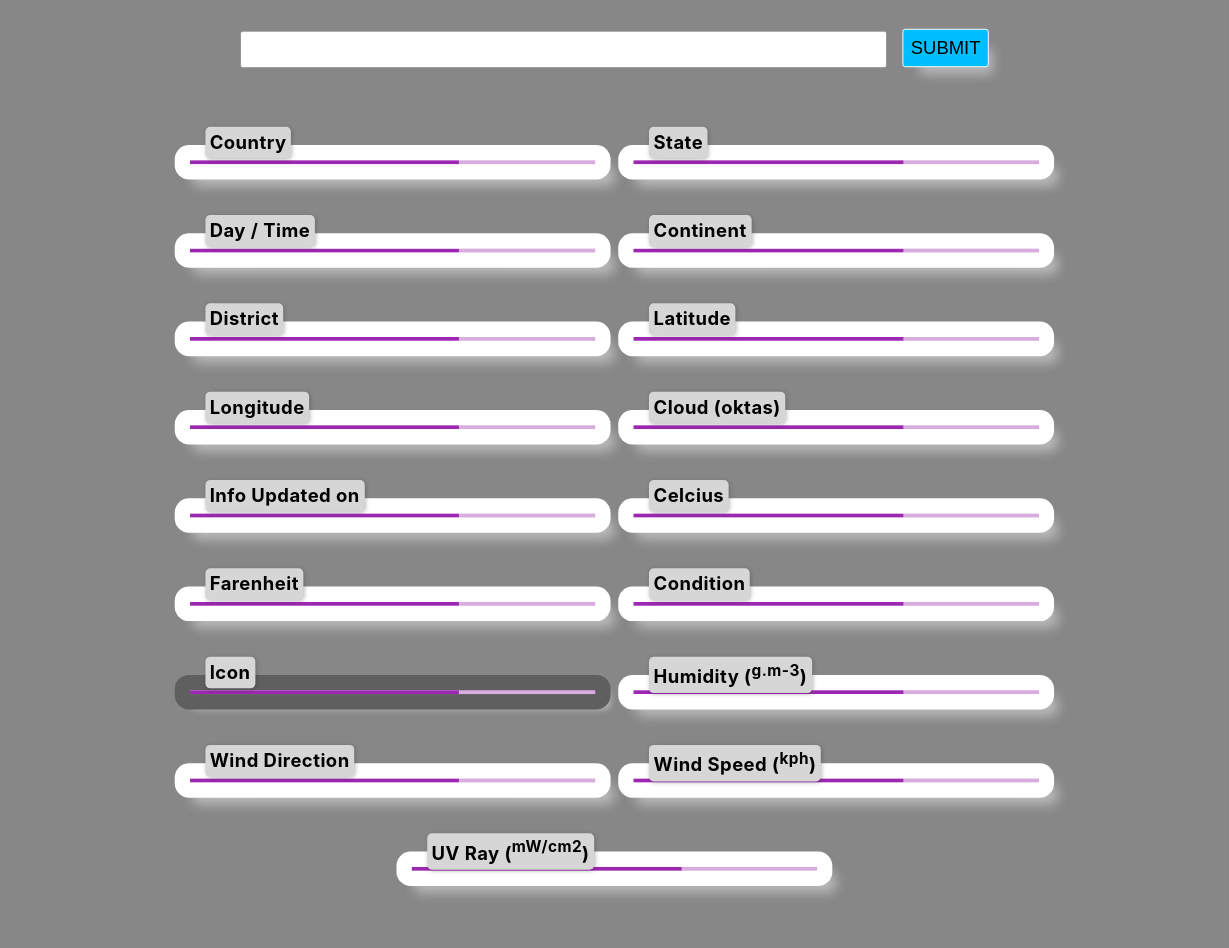
Repository: Imprasna/practising-API
Page: /
An editor plug-in stored every save of this project. The page is shown before and after the next save, followed by the edit.
The browser window is 1280 px wide. The pictures show the whole page, at 96% of full size.
The project was rebuilt for these pictures with package versions that can differ from the ones it lists, and the page was loaded fresh each time. Also part of the build but not shown: src/component/Country.js, src/component/Region.js, src/component/Time.js, src/component/Continent.js, src/component/District.js, src/component/Cloud.js, src/component/UpdatedWeather.js, src/component/Celcius.js and 9 more.

Above is the page before, as saved 2021-11-12 00:06:39.

### src/App.js
import './App.css';
import Get from './Get'

function App() {
  return (
    <div className="App">
      <Get />
    </div>
  );
}

export default App;

### src/Get.js
import React, { useState } from "react";
import axios from "axios";
// import moment from 'moment';
import Country from "./component/Country";
import Region from "./component/Region";
import Time from "./component/Time";
import Continent from "./component/Continent";
import District from "./component/District";
import Cloud from "./component/Cloud";
import UpdatedWeather from "./component/UpdatedWeather";
import Celcius from "./component/Celcius";
import Farenheit from "./component/Farenheit";
import Latitude from "./component/Latitude";
import Longitude from "./component/Longitude";
import Condition from "./component/Condition";
import Icon from "./component/Icon";
import Humidity from "./component/Humidity";
import WindDirection from "./component/WindDirection";
import WindSpeed from "./component/WindSpeed";
import Uv from "./component/Uv";
import "./component/style.css";
// import CircularProgress from '@mui/material/CircularProgress';
import LinearProgress from '@mui/material/LinearProgress';



const Get = () => {
	const [getPost, setGetPost] = useState([]);
	const [loading, setLoading] = useState(false);
	const [values, setValues] = useState({ cities: "" });

	React.useEffect =
		(() => {
			getData();

			const CName = () => {
				setGetPost(getPost);
			};
			CName();
		},
		[]);

		const getData = async () =>
		{
			const city = values.cities;
			try {
				const res = await axios.get(
					`http://api.weatherapi.com/v1/current.json?key=b572a200fc624a6a85671436211310&q=${city}&aqi=yes`
					);
				setTimeout(function ()
				{
					// console.log(res.data.current);
					// console.log(res.data.location);
					// setGetPost(res.data);
					(setGetPost(res.data))
					setLoading(true);
				}, 3000);

			console.log(getPost);
			// console.log(res.data.current);
			// setGetPost({res});
		} catch (err) {
			console.log(err);
		}
	};
	console.log(getPost);

	const onChangeHandler = (e) => {
		const name = e.target.name;
		const value = e.target.value;

		// here values is the state name
		let inputValues = values;
		inputValues[name] = value;
		setValues({ ...inputValues });
		setLoading(false);
	};

	return (
		<>
			<input
				className="search-box"
				type="text"
				value={values.cities}
				name="cities"
				onChange={(e) => onChangeHandler(e)}
			/>
			<button className="button" onClick={getData}>
				Submit
			</button>

			<div className="whole">
				<div className="Country">
					{loading ? (<Country CName={getPost} />) : (<LinearProgress  color="secondary"  />)}
					<h1>Country</h1>
				</div>

				<div className="region">
				{loading ? (<Region CName={getPost} />) : (<LinearProgress  color="secondary"  />) }
					<h1>State</h1>

				</div>

				<div className="time">
				{loading ? (<Time CName={getPost} />) : (<LinearProgress  color="secondary"  />) }
					<h1>Day / Time</h1>

				</div>

				<div className="continent">
				{loading ? (<Continent CName={getPost} />) : (<LinearProgress  color="secondary"  />) }
					<h1>Continent</h1>

				</div>

				<div className="district">
				{loading ? (<District CName={getPost} />) : (<LinearProgress  color="secondary"  />) }
					<h1>District</h1>

				</div>

				<div className="lat">
				{loading ? (<Latitude CName={getPost} />) : (<LinearProgress  color="secondary"  />) }
					<h1>Latitude</h1>

				</div>

				<div className="lon">
				{loading ? (<Longitude CName={getPost} />) : (<LinearProgress  color="secondary"  />) }
					<h1>Longitude</h1>

				</div>

				<div className="cloud">
				{loading ? (<Cloud CName={getPost} />) : (<LinearProgress  color="secondary"  />) }
					<h1>Cloud (oktas)</h1>

				</div>

				<div className="upt">
				{loading ? (<UpdatedWeather CName={getPost} />) : (<LinearProgress  color="secondary"  />) }
					<h1>Info Updated on</h1>

				</div>

				<div className="cel">
				{loading ? (<Celcius CName={getPost} />) : (<LinearProgress  color="secondary"  />) }
					<h1>Celcius</h1>

				</div>

				<div className="far">
				{loading ? (<Farenheit CName={getPost} />) : (<LinearProgress  color="secondary"  />) }
					<h1>Farenheit</h1>

				</div>

				<div className="cond">
				{loading ? (<Condition CName={getPost} />) : (<LinearProgress  color="secondary"  />) }
					<h1>Condition</h1>

				</div>

				<div className="icon">
				{loading ? (<Icon CName={getPost} />) : (<LinearProgress  color="secondary"  />) }
					<h1>Icon</h1>

				</div>

				<div className="hum">
				{loading ? (<Humidity CName={getPost} />) : (<LinearProgress  color="secondary"  />) }
					<h1>
						Humidity (<sup>g.m-3</sup>)
					</h1>

				</div>


				<div className="wd">
				{loading ? (<WindDirection CName={getPost} />) : (<LinearProgress  color="secondary"  />) }
					<h1>Wind Direction</h1>

				</div>

				<div className="ws">
				{loading ? (<WindSpeed CName={getPost} />) : (<LinearProgress  color="secondary"  />) }
					<h1>
						Wind Speed (<sup>kph</sup>)
					</h1>

				</div>

				<div className="uv">
				{loading ? (<Uv CName={getPost} />) : (<LinearProgress  color="secondary"  />) }
					<h1>
						UV Ray (<sup>mW/cm2</sup>)
					</h1>

				</div>
			</div>
		</>
	);
};

export default Get;

### src/component/style.css
body {
    background: #878787;
}

.whole {
    width: 100%;
    height: 100%;
    display: flex;
    justify-content: center;
    align-items: center;
    flex-wrap: wrap;
    gap: .5rem;
    margin-bottom: 4rem;
}

.search-box {
    width: 50%;
    padding: .5rem 1rem;
    border-radius: 3px;
    border: 1px solid #929292;
    outline: none;
    font-size: 1rem;
    line-height: 1.3em;
    margin: 0 auto;
    margin-bottom: 2rem;
    margin-top: 2rem;
    margin-right: 1rem;
    text-transform: uppercase;
}

.button {
    padding: .5rem;
    outline: none;
    border: 1px solid #fff;
    box-shadow: 11px 14px 12px -7px rgba(204,204,204,0.75);
    cursor: pointer;
    font-size: 1.2rem;
    text-transform: uppercase;
    border-radius: 3px;
    background: deepskyblue;
}

.Country {
    width: 33%;
    color: #000;
    padding: 1rem;
    border-radius: 15px;
    background-color: #fff;
    box-shadow: 11px 14px 12px -7px rgba(204,204,204,0.75);
    position: relative;
    font-size: 1.1rem;
    font-weight: 600;
    letter-spacing: .5px;
    margin-top: 3rem;
}

.Country > h1 {
    position: absolute;
    top: -2rem;
    left: 2rem;
    padding: .3rem;
    background-color: #d6d6d6;
    border-radius: 5px;
    font-size: 1.2rem;
    filter: drop-shadow(1px 1px 2px rgba(44, 44, 44, 0.342));
    color: #000;
}

.region {
    width: 33%;
    color: #000;
    padding: 1rem;
    border-radius: 15px;
    background-color: #fff;
    box-shadow: 11px 14px 12px -7px rgba(204,204,204,0.75);
    position: relative;
    font-size: 1.1rem;
    font-weight: 600;
    letter-spacing: .5px;
    margin-top: 3rem;
}

.region > h1 {
    position: absolute;
    top: -2rem;
    left: 2rem;
    padding: .3rem;
    background-color: #d6d6d6;
    border-radius: 5px;
    font-size: 1.2rem;
    filter: drop-shadow(1px 1px 2px rgba(44, 44, 44, 0.342));
    color: #000;
}

.time {
    width: 33%;
    color: #000;
    padding: 1rem;
    border-radius: 15px;
    background-color: #fff;
    box-shadow: 11px 14px 12px -7px rgba(204,204,204,0.75);
    position: relative;
    font-size: 1.1rem;
    font-weight: 600;
    letter-spacing: .5px;
    margin-top: 3rem;
}

.time > h1 {
    position: absolute;
    top: -2rem;
    left: 2rem;
    padding: .3rem;
    background-color: #d6d6d6;
    border-radius: 5px;
    font-size: 1.2rem;
    filter: drop-shadow(1px 1px 2px rgba(44, 44, 44, 0.342));
    color: #000;
}

.continent {
    width: 33%;
    color: #000;
    padding: 1rem;
    border-radius: 15px;
    background-color: #fff;
    box-shadow: 11px 14px 12px -7px rgba(204,204,204,0.75);
    position: relative;
    font-size: 1.1rem;
    font-weight: 600;
    letter-spacing: .5px;
    margin-top: 3rem;
}

.continent > h1 {
    position: absolute;
    top: -2rem;
    left: 2rem;
    padding: .3rem;
    background-color: #d6d6d6;
    border-radius: 5px;
    font-size: 1.2rem;
    filter: drop-shadow(1px 1px 2px rgba(44, 44, 44, 0.342));
    color: #000;
}

.district {
    width: 33%;
    color: #000;
    padding: 1rem;
    border-radius: 15px;
    background-color: #fff;
    box-shadow: 11px 14px 12px -7px rgba(204,204,204,0.75);
    position: relative;
    font-size: 1.1rem;
    font-weight: 600;
    letter-spacing: .5px;
    margin-top: 3rem;
}

.district > h1 {
    position: absolute;
    top: -2rem;
    left: 2rem;
    padding: .3rem;
    background-color: #d6d6d6;
    border-radius: 5px;
    font-size: 1.2rem;
    filter: drop-shadow(1px 1px 2px rgba(44, 44, 44, 0.342));
    color: #000;
}

.lat {
    width: 33%;
    color: #000;
    padding: 1rem;
    border-radius: 15px;
    background-color: #fff;
    box-shadow: 11px 14px 12px -7px rgba(204,204,204,0.75);
    position: relative;
    font-size: 1.1rem;
    font-weight: 600;
    letter-spacing: .5px;
    margin-top: 3rem;
}

.lat > h1 {
    position: absolute;
    top: -2rem;
    left: 2rem;
    padding: .3rem;
    background-color: #d6d6d6;
    border-radius: 5px;
    font-size: 1.2rem;
    filter: drop-shadow(1px 1px 2px rgba(44, 44, 44, 0.342));
    color: #000;
}

.lon {
    width: 33%;
    color: #000;
    padding: 1rem;
    border-radius: 15px;
    background-color: #fff;
    box-shadow: 11px 14px 12px -7px rgba(204,204,204,0.75);
    position: relative;
    font-size: 1.1rem;
    font-weight: 600;
    letter-spacing: .5px;
    margin-top: 3rem;
}

.lon > h1 {
    position: absolute;
    top: -2rem;
    left: 2rem;
    padding: .3rem;
    background-color: #d6d6d6;
    border-radius: 5px;
    font-size: 1.2rem;
    filter: drop-shadow(1px 1px 2px rgba(44, 44, 44, 0.342));
    color: #000;
}

.cloud {
    width: 33%;
    color: #000;
    padding: 1rem;
    border-radius: 15px;
    background-color: #fff;
    box-shadow: 11px 14px 12px -7px rgba(204,204,204,0.75);
    position: relative;
    font-size: 1.1rem;
    font-weight: 600;
    letter-spacing: .5px;
    margin-top: 3rem;
}

.cloud > h1 {
    position: absolute;
    top: -2rem;
    left: 2rem;
    padding: .3rem;
    background-color: #d6d6d6;
    border-radius: 5px;
    font-size: 1.2rem;
    filter: drop-shadow(1px 1px 2px rgba(44, 44, 44, 0.342));
    color: #000;
}

.upt {
    width: 33%;
    color: #000;
    padding: 1rem;
    border-radius: 15px;
    background-color: #fff;
    box-shadow: 11px 14px 12px -7px rgba(204,204,204,0.75);
    position: relative;
    font-size: 1.1rem;
    font-weight: 600;
    letter-spacing: .5px;
    margin-top: 3rem;
}

.upt > h1 {
    position: absolute;
    top: -2rem;
    left: 2rem;
    padding: .3rem;
    background-color: #d6d6d6;
    border-radius: 5px;
    font-size: 1.2rem;
    filter: drop-shadow(1px 1px 2px rgba(44, 44, 44, 0.342));
    color: #000;
}

.cel {
    width: 33%;
    color: #000;
    padding: 1rem;
    border-radius: 15px;
    background-color: #fff;
    box-shadow: 11px 14px 12px -7px rgba(204,204,204,0.75);
    position: relative;
    font-size: 1.1rem;
    font-weight: 600;
    letter-spacing: .5px;
    margin-top: 3rem;
}

.cel > h1 {
    position: absolute;
    top: -2rem;
    left: 2rem;
    padding: .3rem;
    background-color: #d6d6d6;
    border-radius: 5px;
    font-size: 1.2rem;
    filter: drop-shadow(1px 1px 2px rgba(44, 44, 44, 0.342));
    color: #000;
}

.far {
    width: 33%;
    color: #000;
    padding: 1rem;
    border-radius: 15px;
    background-color: #fff;
    box-shadow: 11px 14px 12px -7px rgba(204,204,204,0.75);
    position: relative;
    font-size: 1.1rem;
    font-weight: 600;
    letter-spacing: .5px;
    margin-top: 3rem;
}

.far > h1 {
    position: absolute;
    top: -2rem;
    left: 2rem;
    padding: .3rem;
    background-color: #d6d6d6;
    border-radius: 5px;
    font-size: 1.2rem;
    filter: drop-shadow(1px 1px 2px rgba(44, 44, 44, 0.342));
    color: #000;
}

.cond {
    width: 33%;
    color: #000;
    padding: 1rem;
    border-radius: 15px;
    background-color: #fff;
    box-shadow: 11px 14px 12px -7px rgba(204,204,204,0.75);
    position: relative;
    font-size: 1.1rem;
    font-weight: 600;
    letter-spacing: .5px;
    margin-top: 3rem;
}

.cond > h1 {
    position: absolute;
    top: -2rem;
    left: 2rem;
    padding: .3rem;
    background-color: #d6d6d6;
    border-radius: 5px;
    font-size: 1.2rem;
    filter: drop-shadow(1px 1px 2px rgba(44, 44, 44, 0.342));
    color: #000;
}


.icon {
    width: 33%;
    color: #000;
    padding: 1rem;
    border-radius: 15px;
    background-color: #5f5f5f;
    box-shadow: 8px 8px 7px -8px rgba(204,204,204,0.75);
    position: relative;
    font-size: 1.1rem;
    font-weight: 600;
    letter-spacing: .5px;
    margin-top: 3rem;
}

.icon > h1 {
    position: absolute;
    top: -2rem;
    left: 2rem;
    padding: .3rem;
    background-color: #d6d6d6;
    border-radius: 5px;
    font-size: 1.2rem;
    filter: drop-shadow(1px 1px 2px rgba(44, 44, 44, 0.342));
    color: #000;
}

.hum {
    width: 33%;
    color: #000;
    padding: 1rem;
    border-radius: 15px;
    background-color: #fff;
    box-shadow: 11px 14px 12px -7px rgba(204,204,204,0.75);
    position: relative;
    font-size: 1.1rem;
    font-weight: 600;
    letter-spacing: .5px;
    margin-top: 3rem;
}

.hum > h1 {
    position: absolute;
    top: -2rem;
    left: 2rem;
    padding: .3rem;
    background-color: #d6d6d6;
    border-radius: 5px;
    font-size: 1.2rem;
    filter: drop-shadow(1px 1px 2px rgba(44, 44, 44, 0.342));
    color: #000;
}

.wd {
    width: 33%;
    color: #000;
    padding: 1rem;
    border-radius: 15px;
    background-color: #fff;
    box-shadow: 11px 14px 12px -7px rgba(204,204,204,0.75);
    position: relative;
    font-size: 1.1rem;
    font-weight: 600;
    letter-spacing: .5px;
    margin-top: 3rem;
}

.wd > h1 {
    position: absolute;
    top: -2rem;
    left: 2rem;
    padding: .3rem;
    background-color: #d6d6d6;
    border-radius: 5px;
    font-size: 1.2rem;
    filter: drop-shadow(1px 1px 2px rgba(44, 44, 44, 0.342));
    color: #000;
}

.ws {
    width: 33%;
    color: #000;
    padding: 1rem;
    border-radius: 15px;
    background-color: #fff;
    box-shadow: 11px 14px 12px -7px rgba(204,204,204,0.75);
    position: relative;
    font-size: 1.1rem;
    font-weight: 600;
    letter-spacing: .5px;
    margin-top: 3rem;
}

.ws > h1 {
    position: absolute;
    top: -2rem;
    left: 2rem;
    padding: .3rem;
    background-color: #d6d6d6;
    border-radius: 5px;
    font-size: 1.2rem;
    filter: drop-shadow(1px 1px 2px rgba(44, 44, 44, 0.342));
    color: #000;
}

.uv {
    width: 33%;
    color: #000;
    padding: 1rem;
    border-radius: 15px;
    background-color: #fff;
    box-shadow: 11px 14px 12px -7px rgba(204,204,204,0.75);
    position: relative;
    font-size: 1.1rem;
    font-weight: 600;
    letter-spacing: .5px;
    margin-top: 3rem;
}

.uv > h1 {
    position: absolute;
    top: -2rem;
    left: 2rem;
    padding: .3rem;
    background-color: #d6d6d6;
    border-radius: 5px;
    font-size: 1.2rem;
    filter: drop-shadow(1px 1px 2px rgba(44, 44, 44, 0.342));
    color: #000;
}

Loaded but not shown: public/index.html (common file); src/index.js (common file); src/index.css (common file); src/App.css (common file)

After the next save:
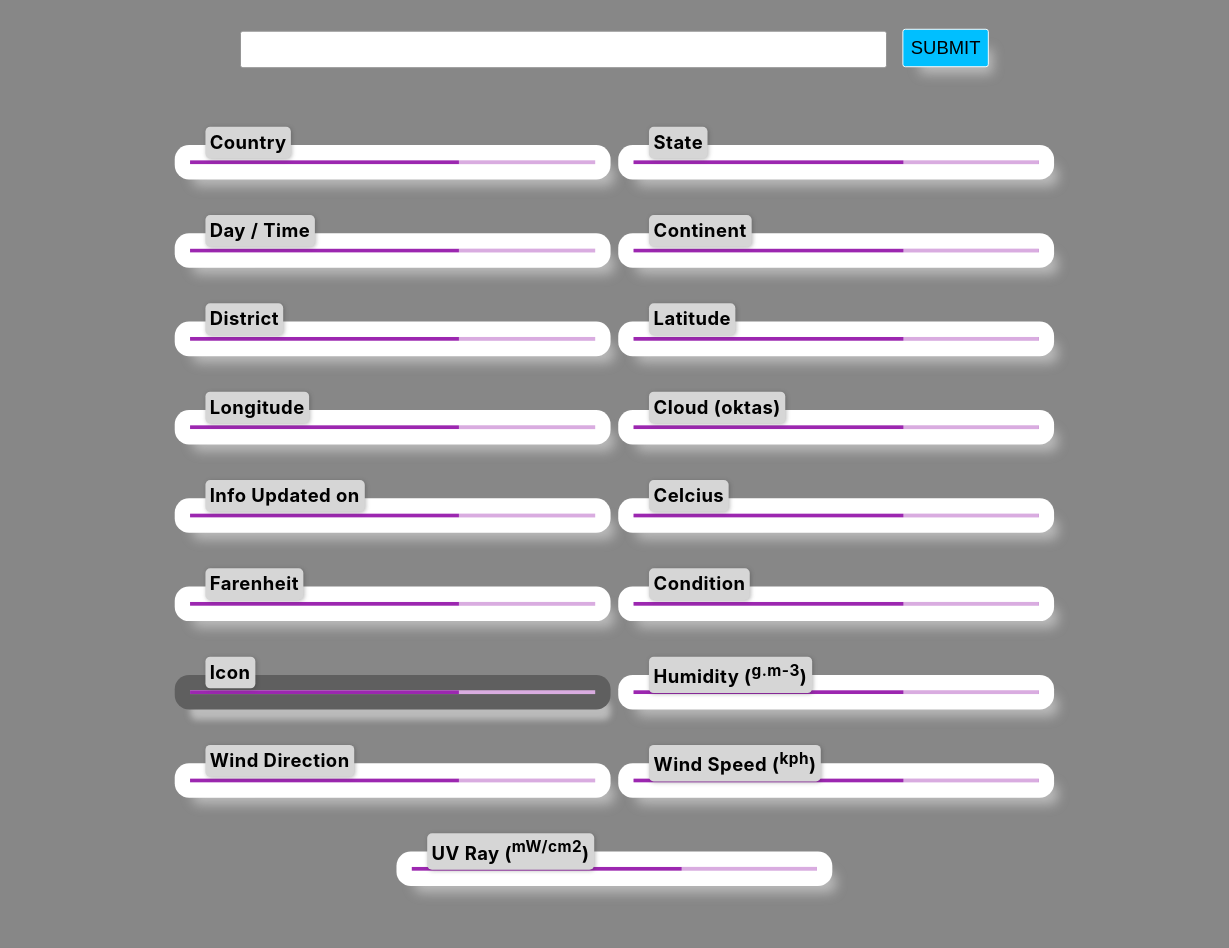
Saved 11 s later.
--- a/src/component/style.css
+++ b/src/component/style.css
@@ -359,7 +359,7 @@
     padding: 1rem;
     border-radius: 15px;
     background-color: #5f5f5f;
-    box-shadow: 8px 8px 7px -8px rgba(204,204,204,0.75);
+    box-shadow: 8px 19px 7px -8px rgba(204,204,204,0.75);
     position: relative;
     font-size: 1.1rem;
     font-weight: 600;

After the save that followed:
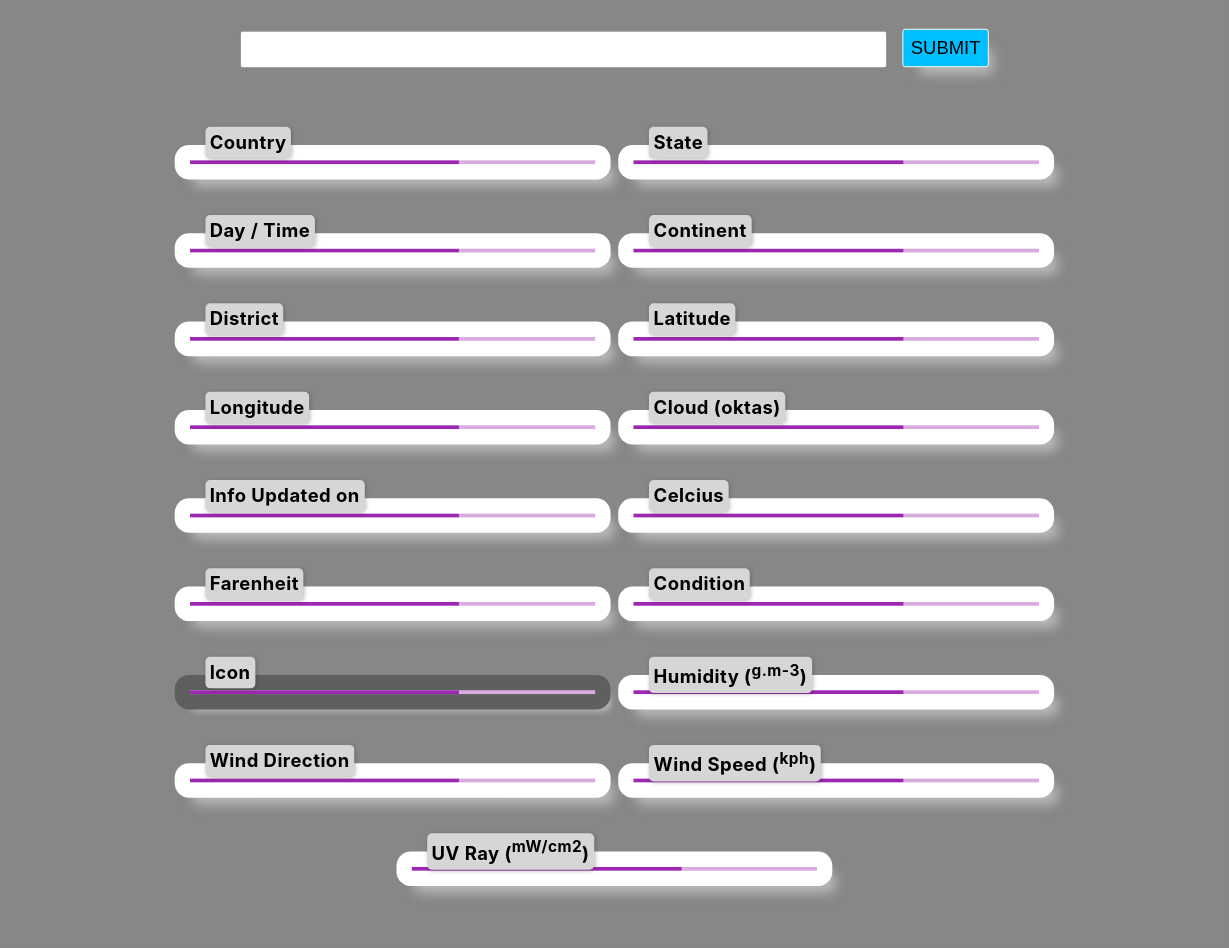
Saved 5 s later.
--- a/src/component/style.css
+++ b/src/component/style.css
@@ -359,7 +359,7 @@
     padding: 1rem;
     border-radius: 15px;
     background-color: #5f5f5f;
-    box-shadow: 8px 19px 7px -8px rgba(204,204,204,0.75);
+    box-shadow: 8px 10px 7px -8px rgba(204,204,204,0.75);
     position: relative;
     font-size: 1.1rem;
     font-weight: 600;
